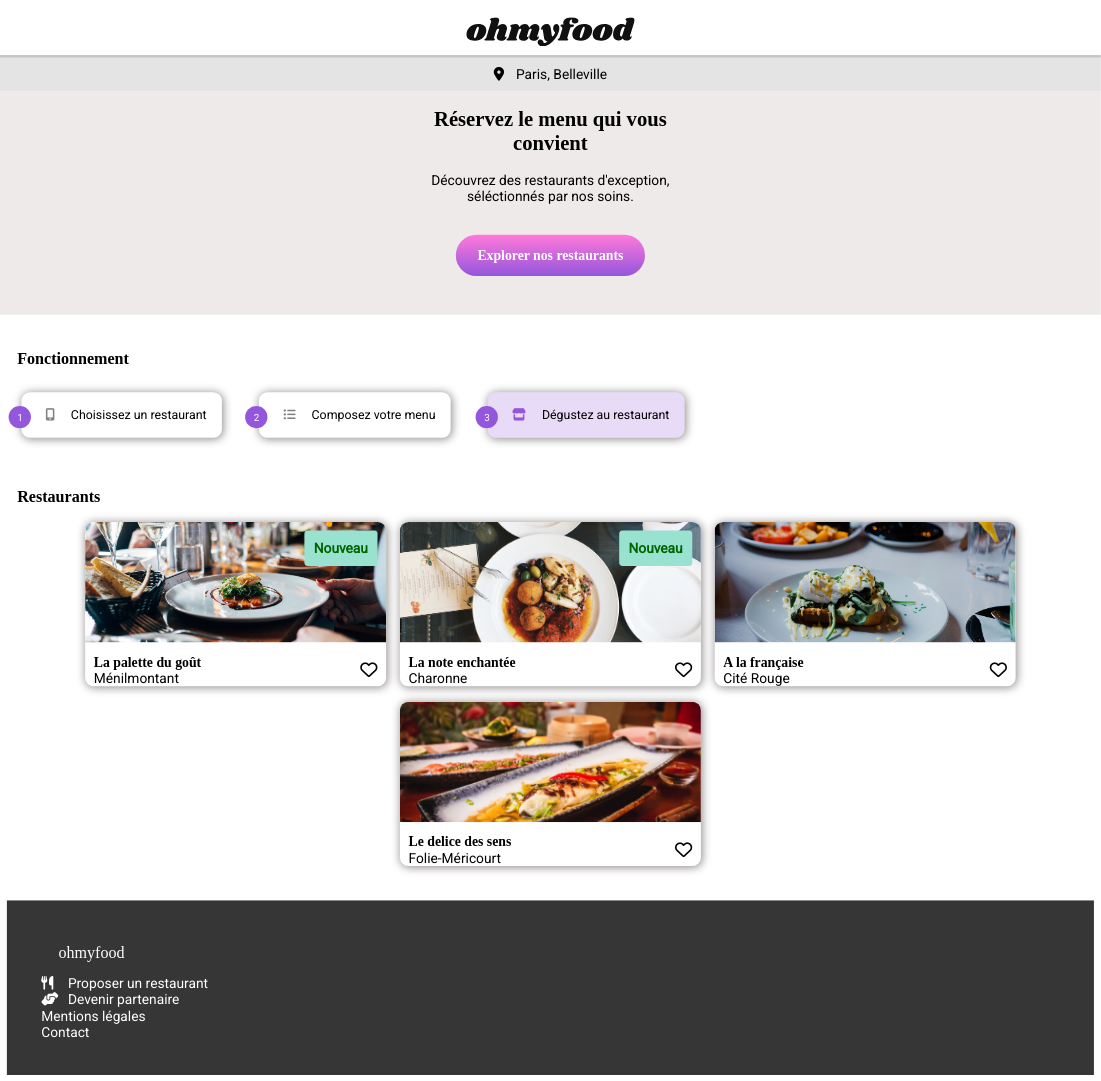
Repository: Micka-17/boimickael_3_16042021
Page: index.html
An editor plug-in stored every save of this project. The page is shown before and after a run of saves, followed by the edit.
The browser window is 1280 px wide. The pictures show the whole page, at 86% of full size.
Some web fonts or font styles are not loaded; a fallback is used. Some web libraries are served in a nearby version. The style sheet was rebuilt from its Sass, Less or Tailwind sources for each picture, by a compiler version that may differ from the author's.

Above is the page before, as saved 2021-05-25 09:08:18.

After the next 2 saves:
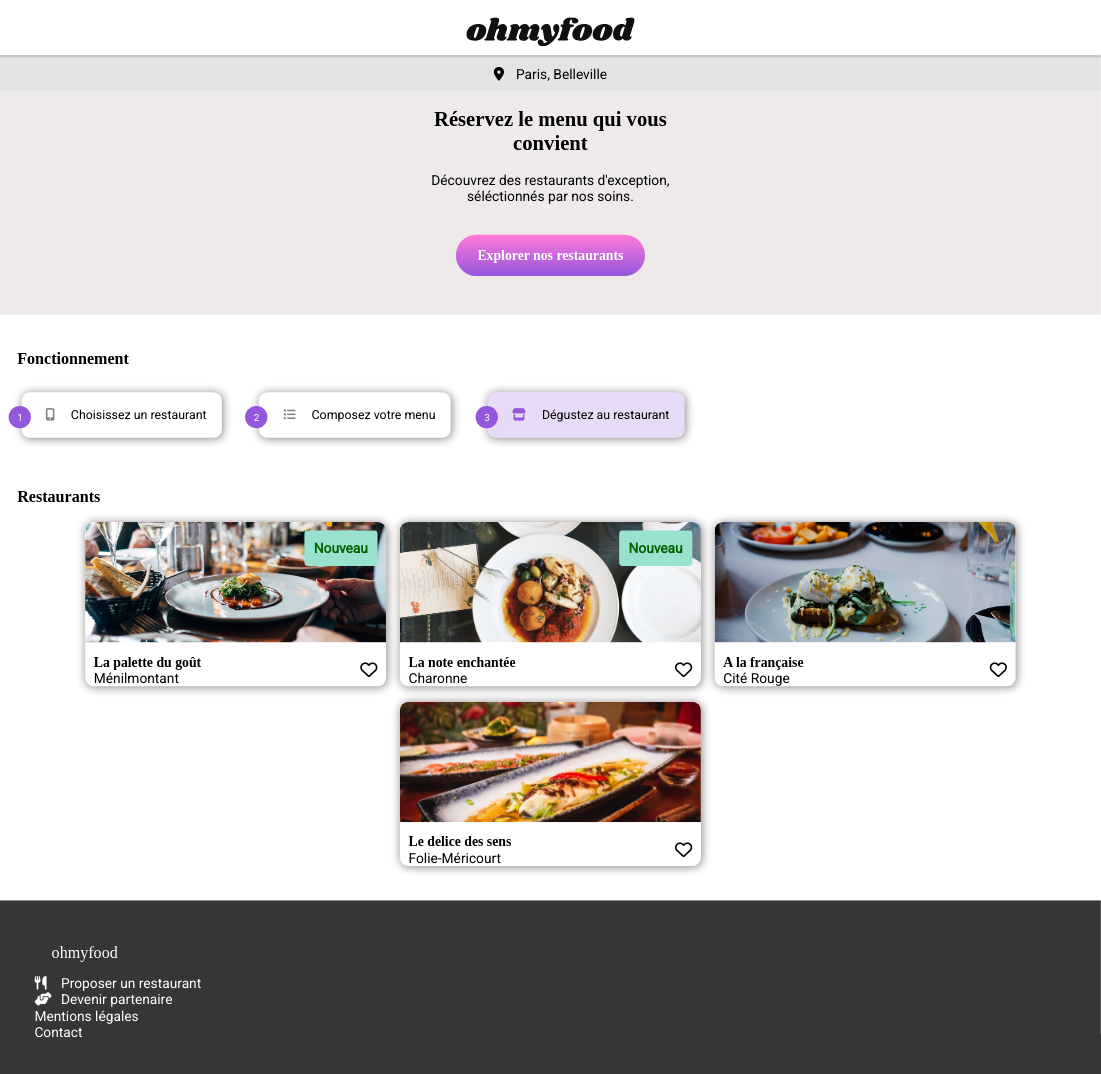
The 2 saves are shown as one change because they came seconds apart.
The last was saved 8 s later.
--- a/sass/style.scss
+++ b/sass/style.scss
@@ -452,10 +452,6 @@ img {
     min-width: 100%;
 }
 
-#end {
-    margin: 8px;
-}
-
 //page la note enchantee
 
  .align-price{
